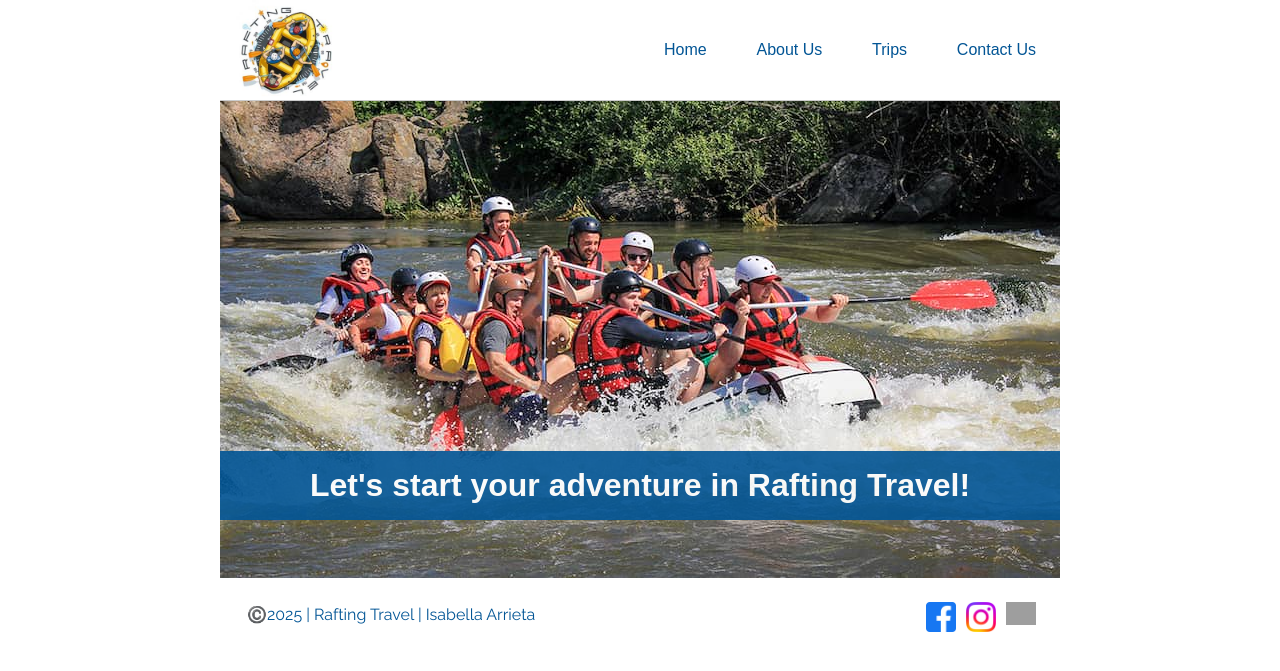
Repository: isaAJ05/wdd130
Page: wwr/index.html
These files come from the project's save history. The page is drawn as it stood at one moment and after the next save; the edit follows.
The browser window is 1280 px wide. The pictures show the whole page.
Pictures or frames that could not be fetched are drawn as grey boxes. Some web fonts or font styles are not loaded; a fallback is used.

Above is the page before, as saved 2025-06-16 20:09:24.

After the next save:
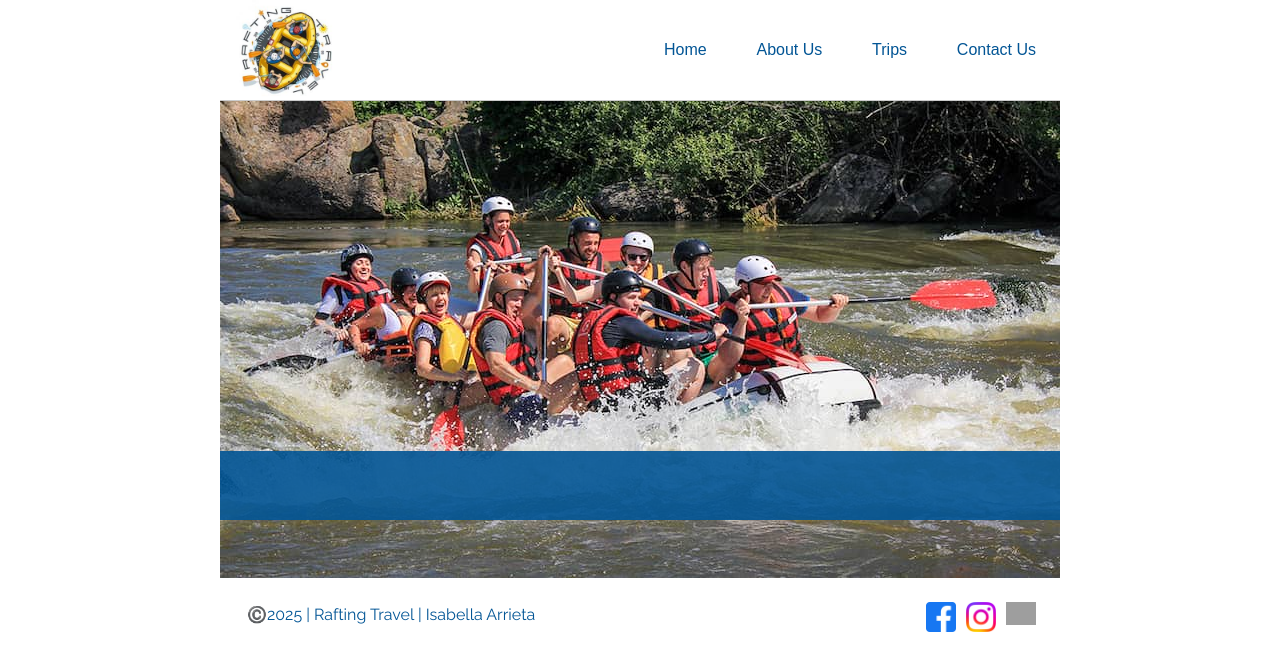
Saved 9 s later.
--- a/wwr/styles/rafting.css
+++ b/wwr/styles/rafting.css
@@ -474,5 +474,5 @@ input[type="radio"]{
     text-align: center;
     opacity: 0.9;
     background-color: var(--accent1-color);
-    color: #ffffff;
-}
+    color:var(--accent1-color);
+}
